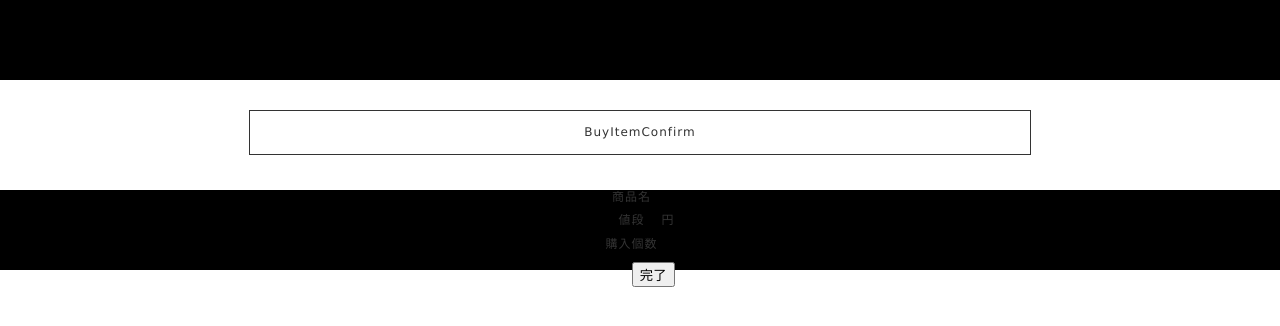
Repository: Eri-Naka/test
Page: http://localhost/template/buyItemConfirm.jsp
An editor plug-in stored every save of this project. The page is shown before and after the next save, followed by the edit.
The browser window is 1280 px wide. The pictures show the whole page.
The page is served by Tomcat 9. Other server files are loaded and not shown.

Above is the page before, as saved 2018-06-21 06:56:02.

### template/WebContent/buyItemConfirm.jsp
<%@ page language="java" contentType="text/html; charset=UTF-8"
    pageEncoding="UTF-8"%>
    <%@ taglib prefix="s" uri="/struts-tags" %>
<!DOCTYPE html PUBLIC "-//W3C//DTD HTML 4.01 Transitional//EN" "http://www.w3.org/TR/html4/loose.dtd">
<html>
<head>
<meta http-equiv="Content-Type" content="text/html; charset=utf-8" />
<meta http-equiv="Content-Style-Type" content="text/css" />
<meta http-equiv="Content-Script-Type" content="text/javascript" />
<meta http-equiv="imagetoolbar" content="no" />
<meta name="description" content="" />
<meta name="keywords" content="" />

<title>buyItemConfirm画面</title>

<style type="text/css">


body{
margin: 0;
padding: 0;
line-height: 1.6;
letter-spacing: 1px;
font-family: Verdana,Helvetica,sanas-serif;
font-size: 12px;
color: #333;
background: #fff;
}

table{
text-align: center;
margin: 0 auto;
}

table{
text-align: center;
margin: 0 auto;
}

#top{
width: 780px;
margin: 30px auto;
border: 1px solid #333;
}

#header{
width: 100%;
height: 80px;
background-color: black;
}

#main{
width: 100%;
height: 80px;
text-align: center;
}

#footer{
width: 100%;
height: 80px;
background-color: black;
clear:both;
}

</style>
</head>
<body>

<div id="header">
<div id="pr">
</div>
</div>

<div id="main">
<div id="top">
<p>BuyItemConfirm</p>
</div>

<div>
<s:form action="BuyItemConfirmAction">
<table>
<tr>

<td>商品名</td>
<td><s:property value="session.buyItem_name"/></td>
</tr>
<tr>
<td>値段</td>
<td>
<s:property value="session.buyItem_price"/>
<span>円</span>
</td>
</tr>
<tr>
<td>購入個数</td>
<td>
<s:property value = "session.pay"/></td>
</tr>

<tr>
<td><s:submit value = "完了"/>
</td>
</tr>
</table>
</s:form>
</div>
</div>

<div id="footer">
<div id="pr">
</div>
</div>

</body>
</html>

After the next save:
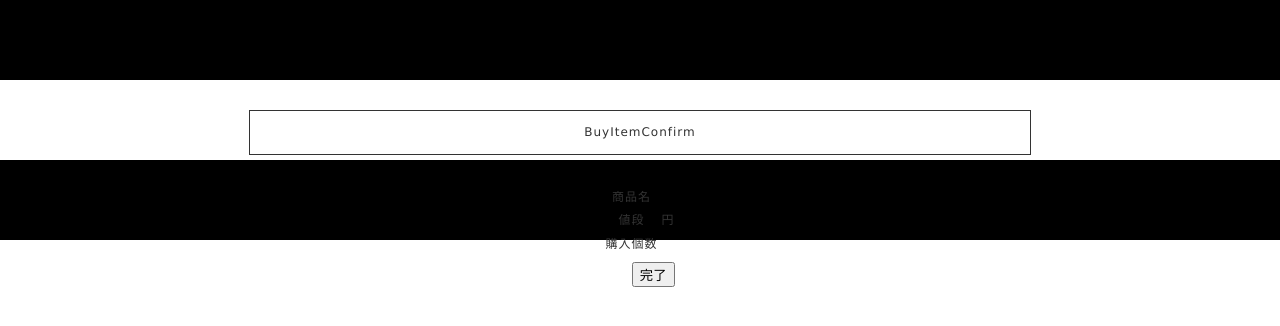
Saved 96 s later.
--- a/template/WebContent/buyItemConfirm.jsp
+++ b/template/WebContent/buyItemConfirm.jsp
@@ -21,7 +21,7 @@ margin: 0;
 padding: 0;
 line-height: 1.6;
 letter-spacing: 1px;
-font-family: Verdana,Helvetica,sanas-serif;
+font-family: Verdana,Helvetica,sans-serif;
 font-size: 12px;
 color: #333;
 background: #fff;
@@ -32,10 +32,6 @@ text-align: center;
 margin: 0 auto;
 }
 
-table{
-text-align: center;
-margin: 0 auto;
-}
 
 #top{
 width: 780px;
@@ -51,7 +47,7 @@ background-color: black;
 
 #main{
 width: 100%;
-height: 80px;
+height: 50px;
 text-align: center;
 }
 
